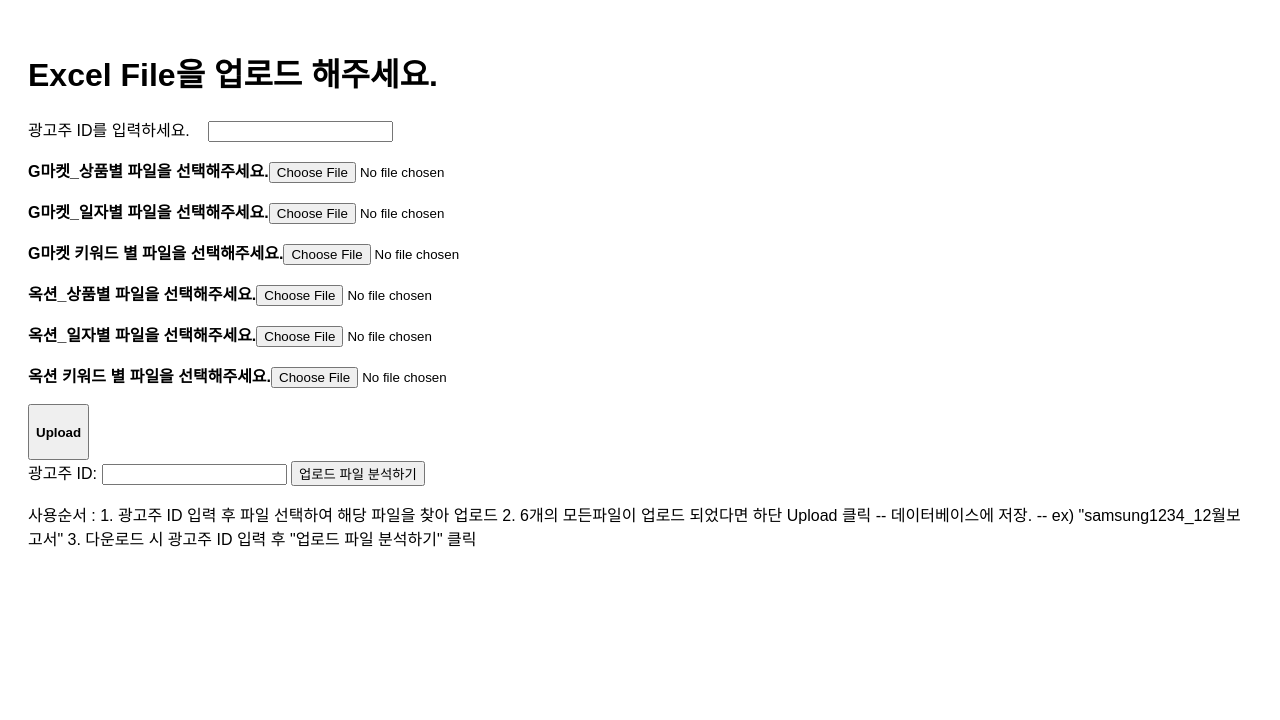
Repository: Hmin0731/FIleUploadSite
Page: http://localhost/upload
These files come from the project's save history. The page is drawn as it stood at one moment and after the next save; the edit follows.
The browser window is 1280 px wide. The pictures show the whole page.
The page is this project's Thymeleaf template; nobody is signed in. The template is opened directly, without the code that normally fills it, so the values that code supplies are empty.

Above is the page before, as saved 2024-10-18 02:10:38.

### file-upload-site/src/main/resources/templates/upload.html
<!DOCTYPE html>
<html xmlns:th="http://www.thymeleaf.org" lang="en">
<head>
    <meta charset="UTF-8">
    <meta name="viewport" content="width=device-width, initial-scale=1.0">
    <title>Upload Excel File</title>

    <script src="https://cdn.jsdelivr.net/npm/chart.js"></script> <!-- Chart.js 라이브러리 -->
     <style>
        body {
            font-family: Arial, sans-serif;
            padding: 20px;
        }
        #chartContainer {
            width: 80%;
            margin: auto;
            margin-top: 20px;
        }
    </style>
</head>
<body>
    <h1>Excel File을 업로드 해주세요.</h1>

    <form action="/upload" method="post" enctype="multipart/form-data">
    	<p>광고주 ID를 입력하세요.&nbsp;&nbsp;&nbsp;&nbsp;<input type="text" name="advertiserId"  ></p>

        <div><b>G마켓_상품별 파일을 선택해주세요.<input type="file" name="filesFolder1" accept=".xls,.xlsx" multipart required></b></div><p></p>
        <div><b>G마켓_일자별 파일을 선택해주세요.<input type="file" name="filesFolder2" accept=".xls,.xlsx" multipart required></b></div><p></p>
        <div><b>G마켓 키워드 별 파일을 선택해주세요.<input type="file" name="filesFolder3" accept=".xls,.xlsx" multipart required></b></div><p></p>
        <div><b>옥션_상품별 파일을 선택해주세요.<input type="file" name="filesFolder4" accept=".xls,.xlsx" multipart required></b></div><p></p>
		<div><b>옥션_일자별 파일을 선택해주세요.<input type="file" name="filesFolder5" accept=".xls,.xlsx" multipart required></b></div><p></p>
       	<div><b>옥션 키워드 별 파일을 선택해주세요.<input type="file" name="filesFolder6" accept=".xls,.xlsx" multipart required></b></div>	<p></p>
        <button type="submit"><h4> Upload </h4></button>
    </form>


    <form action="/report/generate" method="get">
        <label for="advertiserId">광고주 ID:</label>
        <input type="text" id="advertiserId" name="advertiserId" required>
        <button type="submit">업로드 파일 분석하기</button>
    </form>

    <p th:text="${message}">
    <p>사용순서 :
    1. 광고주 ID 입력 후 파일 선택하여 해당 파일을 찾아  업로드
  	2. 6개의 모든파일이 업로드 되었다면 하단 Upload 클릭
  	-- 데이터베이스에 저장.
  	-- ex) "samsung1234_12월보고서"
	3. 다운로드 시 광고주 ID 입력 후 "업로드 파일 분석하기" 클릭 </p>

    </body>

</html>

After the next save:
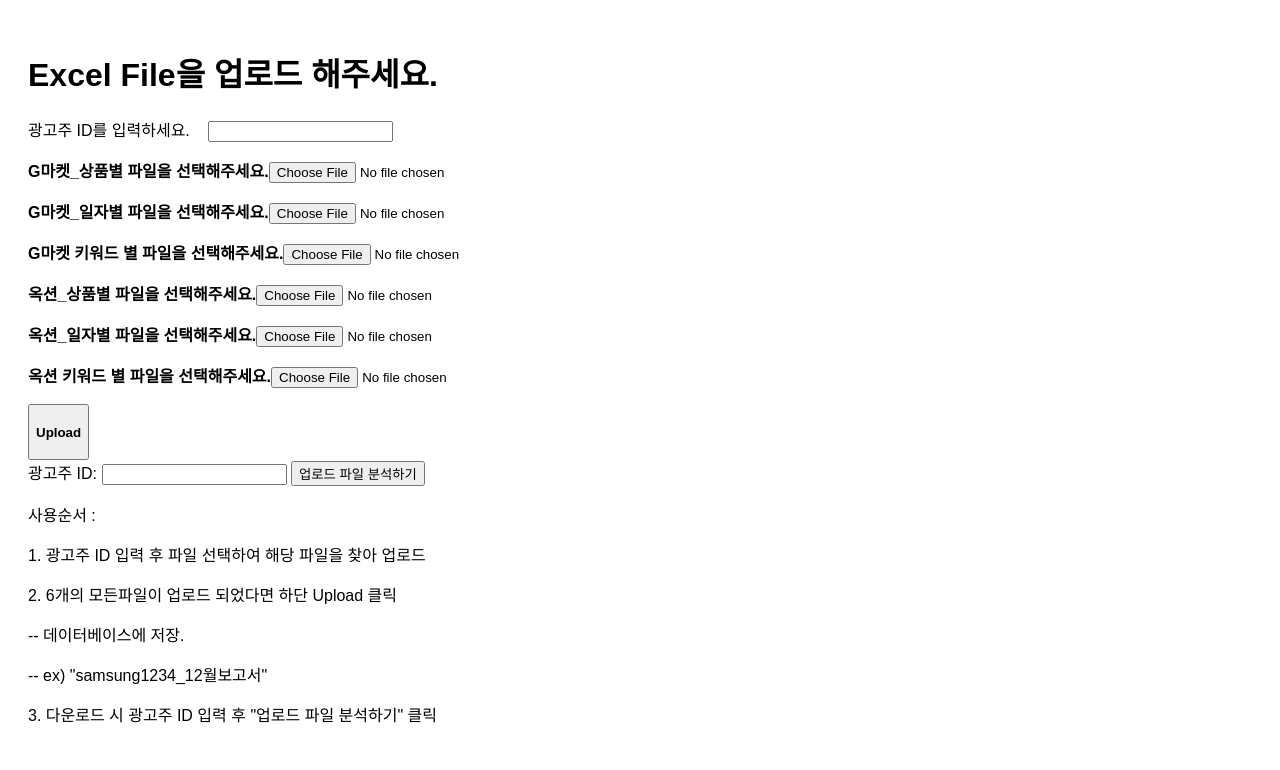
Saved 25 s later.
--- a/file-upload-site/src/main/resources/templates/upload.html
+++ b/file-upload-site/src/main/resources/templates/upload.html
@@ -41,12 +41,12 @@
     </form>
 
     <p th:text="${message}">
-    <p>사용순서 :
-    1. 광고주 ID 입력 후 파일 선택하여 해당 파일을 찾아  업로드
-  	2. 6개의 모든파일이 업로드 되었다면 하단 Upload 클릭
-  	-- 데이터베이스에 저장.
-  	-- ex) "samsung1234_12월보고서"
-	3. 다운로드 시 광고주 ID 입력 후 "업로드 파일 분석하기" 클릭 </p>
+    <p>사용순서 :</p>
+    <p>1. 광고주 ID 입력 후 파일 선택하여 해당 파일을 찾아  업로드</p>
+  	<p>2. 6개의 모든파일이 업로드 되었다면 하단 Upload 클릭</p>
+  	<p>-- 데이터베이스에 저장.   	</p>
+  	<p>-- ex) "samsung1234_12월보고서"  </p>
+	<p>3. 다운로드 시 광고주 ID 입력 후 "업로드 파일 분석하기" 클릭 </p>
 
     </body>
 
